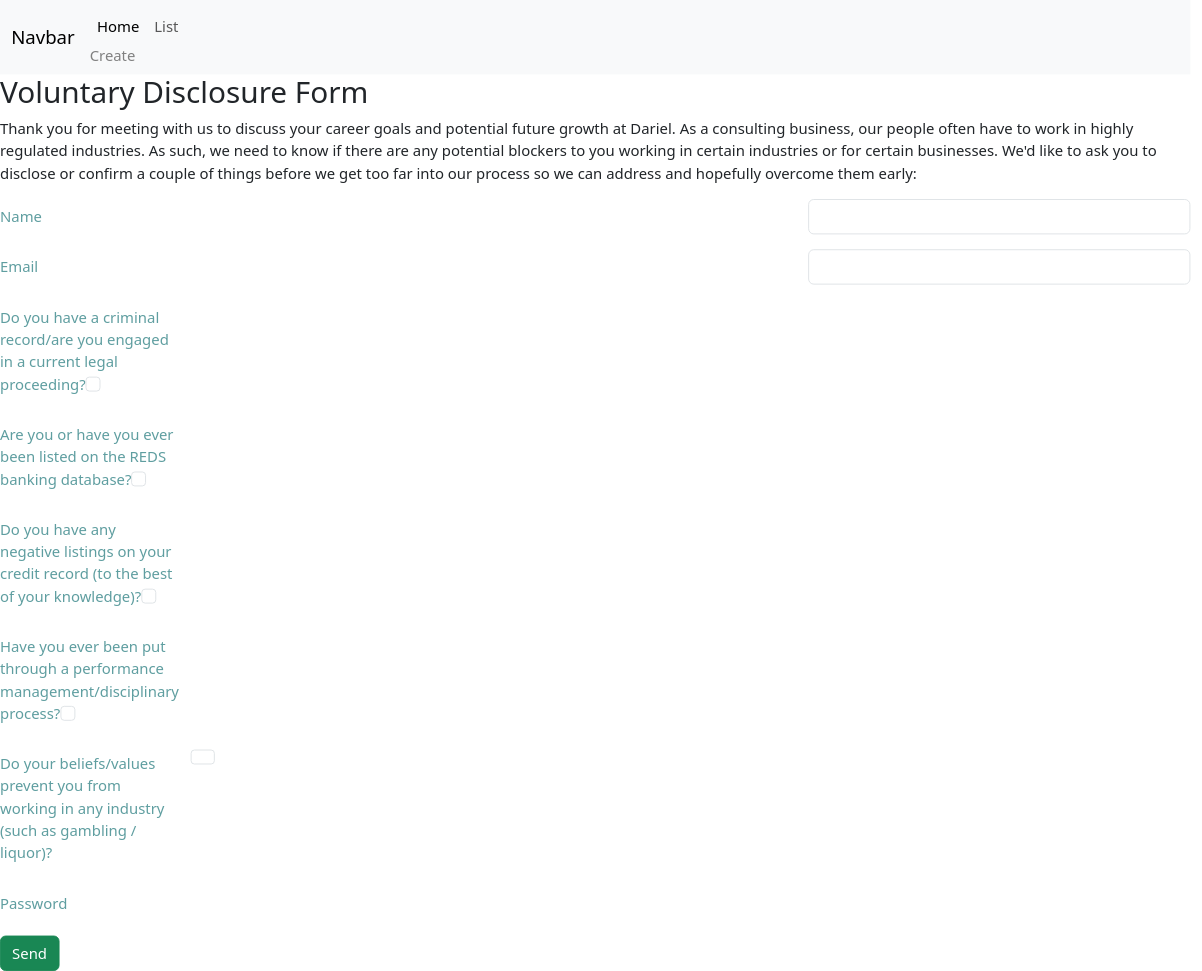
Repository: NtuthukoM/VoluntaryDisclosure
Page: / (app in disclosures-client/)
The author's editor kept a copy of each file at every save. The page is drawn from the files as they stood at one save, then again after a run of saves.
The browser window is 1280 px wide. The page is 1292 px wide, so the pictures cover 1292 px, including what lies to the right of the window. The pictures show the whole page, at 93% of full size.
The project was rebuilt for these pictures with package versions that can differ from the ones it lists, and the page was loaded fresh each time. Also part of the build but not shown: disclosures-client/src/pages/ListDisclosures.js, disclosures-client/src/pages/DisclosureDetails.js, disclosures-client/src/pages/DisclosureSubmitted.js.

Above is the page before, as saved 2023-05-30 20:52:38.

After the next 2 saves:
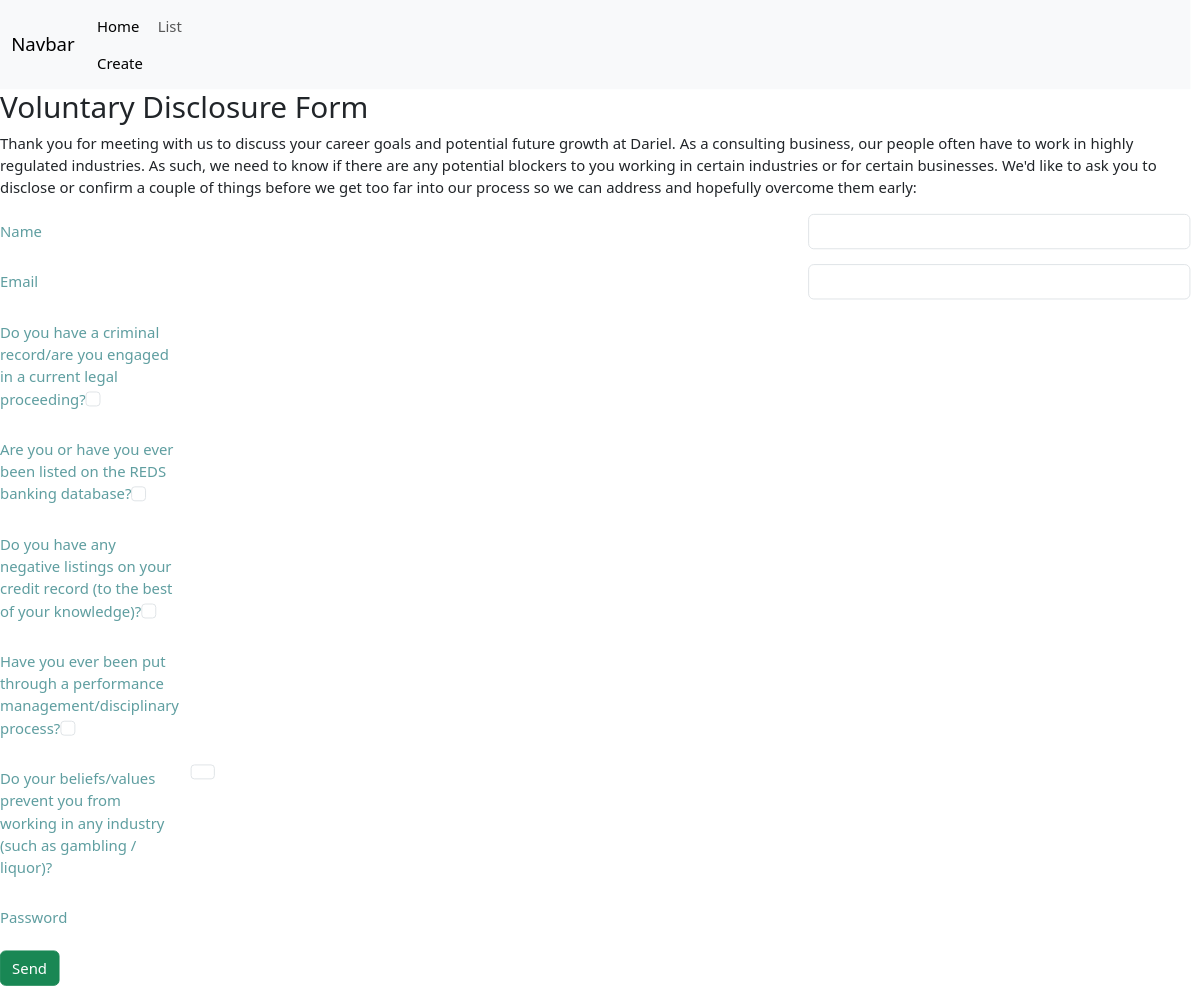
The 2 saves are shown as one change because they came seconds apart.
The last was saved 12 s later.
--- a/disclosures-client/src/components/nav.js
+++ b/disclosures-client/src/components/nav.js
@@ -17,7 +17,7 @@ export function Nav(){
       <ul className="navbar-nav">
         <li className="nav-item">
           <a className="nav-link active" aria-current="page" href="#">Home</a>
-          <NavLink to="/" className={({isActive}) => isActive ? "active" : "go-to"}>Create </NavLink>
+          <NavLink to="/" className={({isActive}) => isActive ? "active nav-link" : "nav-link"}>Create </NavLink>
         </li>
         <li className="nav-item">
           <NavLink to="/list" className={({isActive}) => isActive ? "active nav-link" : "nav-link"}>List </NavLink>
